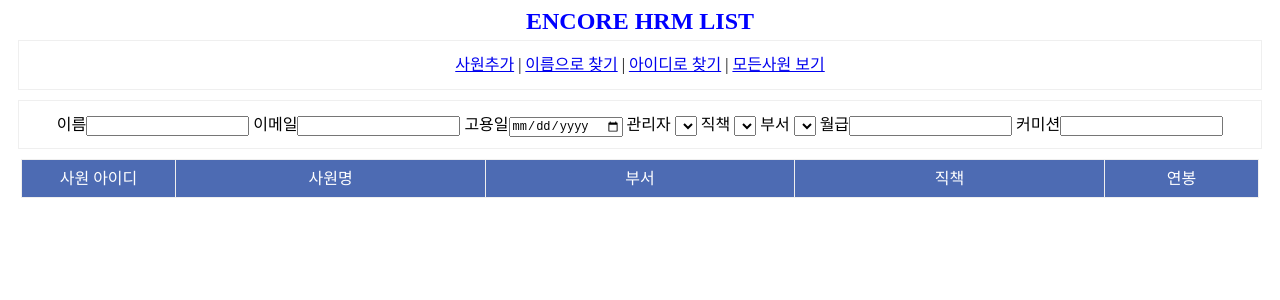
Repository: KangHoi/encore_vueWorkspace
Page: vue05_EncoreHRM/WebContent/index04.html
The author's editor kept a copy of each file at every save. The page is drawn from the files as they stood at one save, then again after the next save.
The browser window is 1280 px wide. The pictures show the whole page.
Some web libraries are served in a nearby version.

Above is the page before, as saved 2021-07-14 02:27:42.

After the next save:
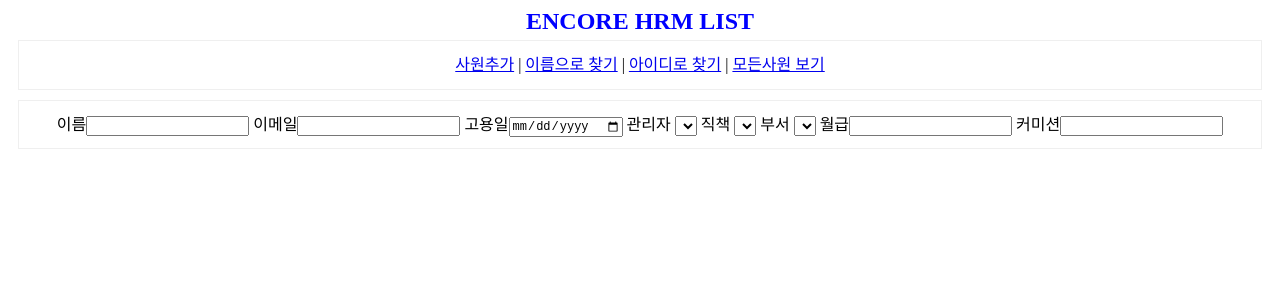
Saved 43 s later.
--- a/vue05_EncoreHRM/WebContent/index04.html
+++ b/vue05_EncoreHRM/WebContent/index04.html
@@ -54,34 +54,6 @@
 
 		</div>
 
-
-		<!-- 특정 아이디의 회원이 출력되는 부분 -->
-        <table class='list_table'>
-            <col width="10%">
-            <col width="20%">
-            <col width="20%">
-            <col width="20%">
-            <col width="10%">
-            <thead>
-                <row>
-                    <th>사원 아이디</th>
-                    <th>사원명</th>
-                    <th>부서</th>
-                    <th>직책</th>
-                    <th>연봉</th>
-                </row>
-            </thead>
-            <tbody>
-                <tr v-for="emp in info">
-                    <td v-html="emp.id"></td>
-                    <td v-html="emp.name"></td>
-                    <td v-html="emp.dept_id"></td>
-                    <td v-html="emp.title"></td>
-                    <td>{{emp.salary | salarydecimal}}</td>
-                </tr>
-            </tbody>
-        </table>
-    </div>
     <script>
         new Vue({
             el: "#app",
